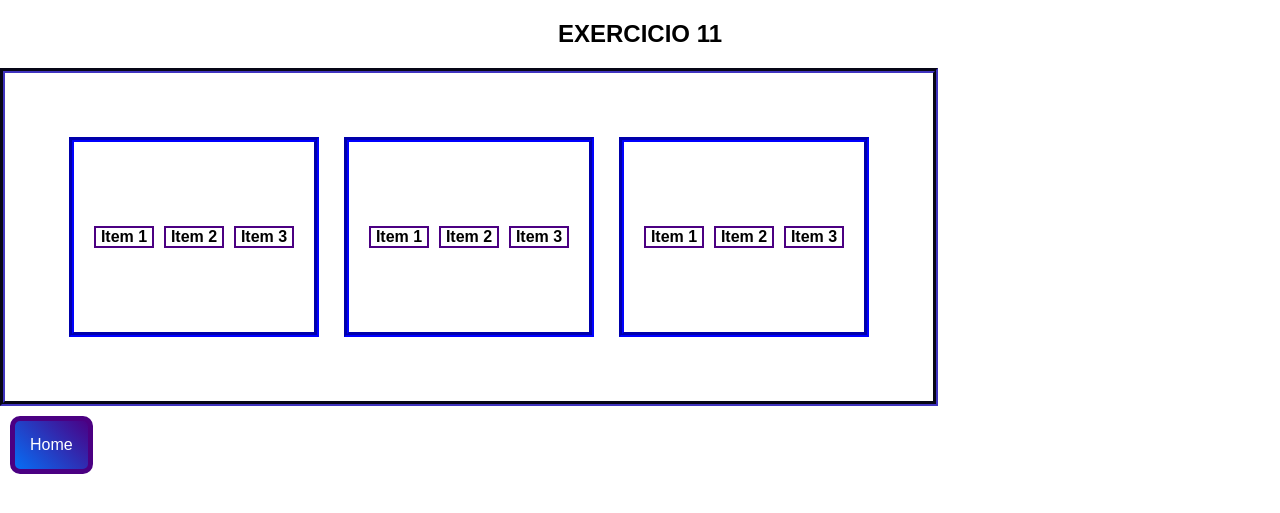
Repository: Elianmrey/TP1-Mobile-First
Page: EXERCISES/EX_11/index.html
The author's editor kept a copy of each file at every save. The page is drawn from the files as they stood at one save, then again after the next save.
The browser window is 1280 px wide. The pictures show the whole page.

Above is the page before, as saved 2024-08-04 22:42:01.

After the next save:
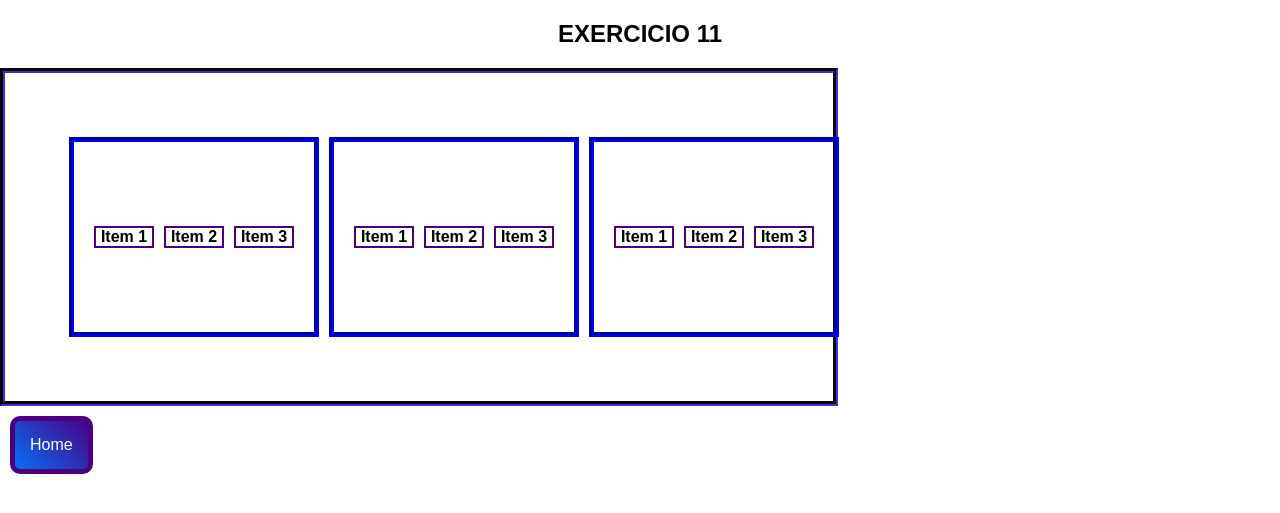
Saved 10 s later.
--- a/EXERCISES/EX_11/style.css
+++ b/EXERCISES/EX_11/style.css
@@ -16,7 +16,7 @@ font-family: sans-serif;
   gap: 10px;
   border: groove 5px rgb(36, 29, 107);
   padding: 5%;
-  width: 800px;
+  width: 700px;
 }
 .container-horizontais
 {
